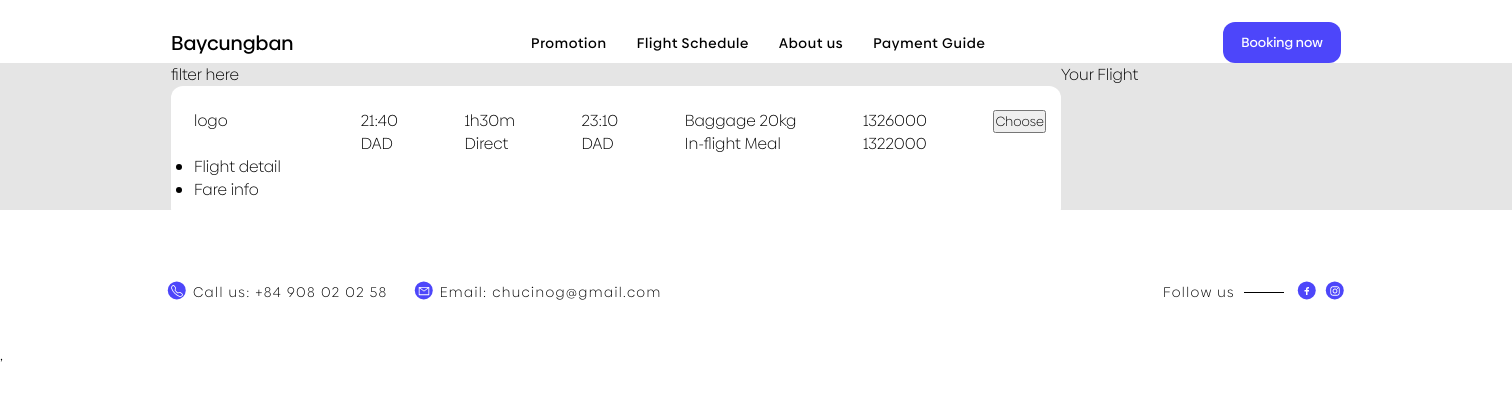
Repository: pinocoding/my-flying
Page: /list (app in my-flying/)
The author's editor kept a copy of each file at every save. The page is drawn from the files as they stood at one save, then again after a run of saves.
The browser window is 1280 px wide. The page is 1512 px wide, so the pictures cover 1512 px, including what lies to the right of the window. The pictures show the whole page.
The project was rebuilt for these pictures with package versions that can differ from the ones it lists, and the page was loaded fresh each time. Also part of the build but not shown: my-flying/src/components/InDecreaBtn/InDecreaBtn.js, my-flying/src/components/TravelBooking/TravelBooking.css, my-flying/src/components/TravelBooking/TravelBooking.js, my-flying/src/components/home/Home.css, my-flying/src/components/home/Home.js. Imported but missing from the stored project, and not drawn on this page: my-flying/src/reportWebVitals.

Above is the page before, as saved 2022-09-09 17:00:32.

After the next 3 saves:
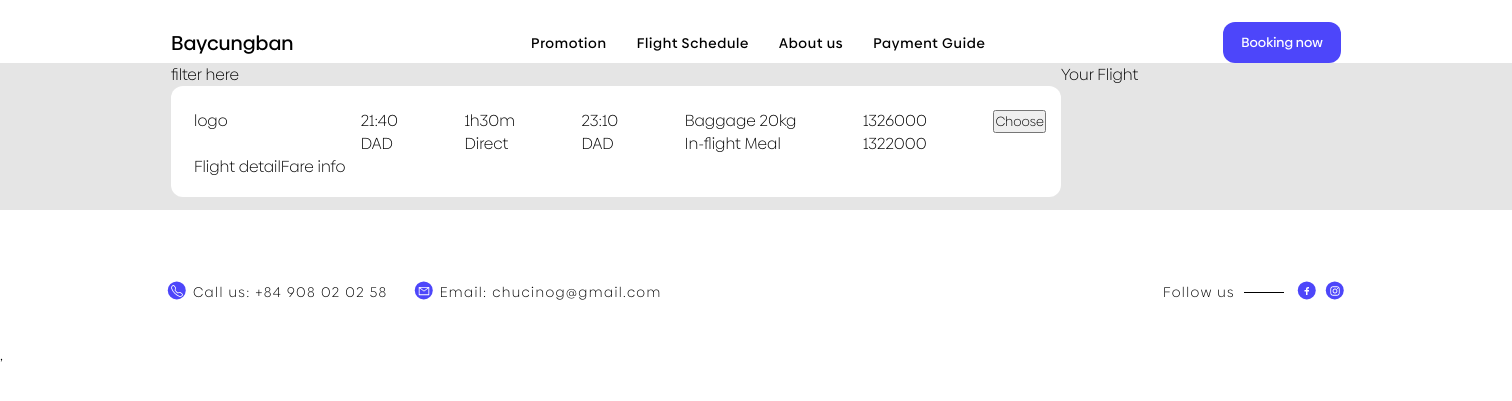
The 3 saves are shown as one change because they came seconds apart.
The last was saved 44 s later.
--- a/my-flying/src/components/FlightsInfor/FlightInfor.css
+++ b/my-flying/src/components/FlightsInfor/FlightInfor.css
@@ -10,3 +10,8 @@
   display: flex;
   justify-content: space-between;
 }
+
+.flight-container ul {
+  list-style: none;
+  display: flex;
+}
